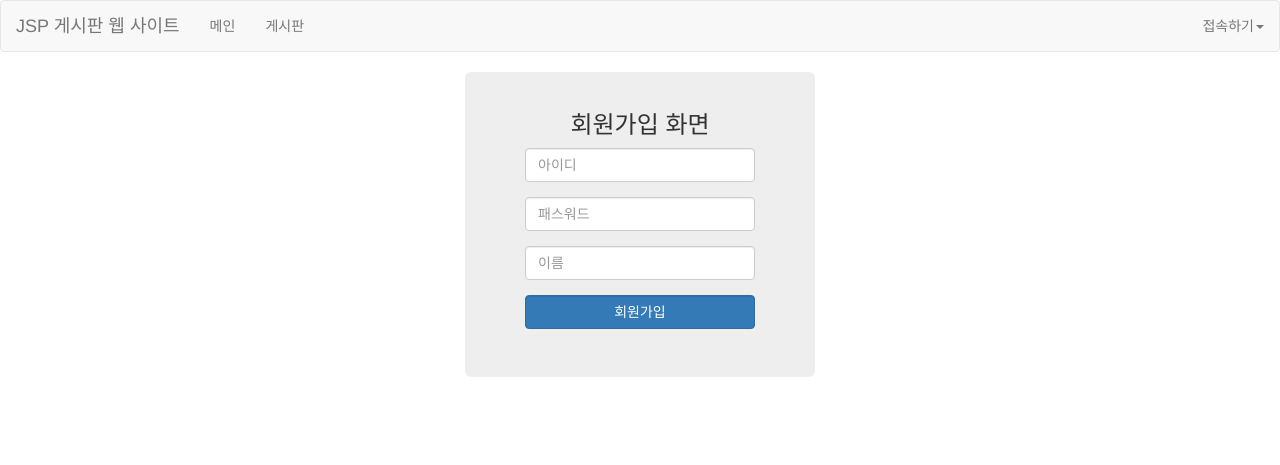
Repository: jsj961/bulletin-board-system
Page: http://localhost/BBS/join.jsp
These files come from the project's save history. The page is drawn as it stood at one moment and after the next save; the edit follows.
The browser window is 1280 px wide. The pictures show the whole page.
Some web libraries are served in a nearby version. The page is served by Tomcat 9. Other server files are loaded and not shown.

Above is the page before, as saved 2021-06-30 09:11:09.

### BBS/src/main/webapp/join.jsp
<%@ page language="java" contentType="text/html; charset=UTF-8"
    pageEncoding="UTF-8"%>
<!DOCTYPE html>
<html>
<head>
<meta charset="UTF-8">
<meta name="viewport" content="width=device-width", initial-scale="1">
<link rel="stylesheet" href="css/bootstrap.css">
<title>JSP 게시판 웹 사이트</title>
</head>
<body>
	<nav class="navbar navbar-default">
		<div class="navbar-header">
			<button type="button" class="navbar-toggle collasped"
				data-toggle="collapse" data-target="#bs-example-navbar-collaspe-1"
				aria-expanded="false">
				<span class="icon-bar"></span>
				<span class="icon-bar"></span>
				<span class="icon-bar"></span>
			</button>
			<a class="navbar-brand" href="main.jsp">JSP 게시판 웹 사이트</a>
		</div>
		<div class="collapse navbar-collapse" id="bs-example-navbar-collapse-1">
			<ul class="nav navbar-nav">
				<li><a href="main.jsp">메인</a></li>
				<li><a href="bbs.jsp">게시판</a></li>
			</ul>
			<ul class="nav navbar-nav navbar-right">
				<li class="dropdown">
					<a href="#" class="dropdown-toggle"
					 	data-toggle="dropdown" role="button" aria-haspopup="true"
					 	aria-expanded="false">접속하기<span class="caret"></span></a>
				 	<ul class="dropdown-menu">
				 		<li class="active"><a href="login.jsp">로그인</a></li>
				 		<li><a href="join.jsp">회원가입</a></li>
				 	</ul>
				</li>
			</ul>
		</div>
	</nav>
	<div class="container">
		<div class="col-lg-4"></div>
		<div class="col-lg-4">
			<div class="jumbotron" style="padding-top: 20px;">
				<form method="post" action="loginAction.jsp">
					<h3 style="text-align: center;">회원가입 화면</h3>
					<div class="form-group">
						<input type="text" class="form-control" placeholder="아이디" name="userID" maxlength="20">
					</div>
					<div class="form-group">
						<input type="password" class="form-control" placeholder="패스워드" name="userPassword" maxlength="20">
					</div>
					<div class="form-group">
						<input type="text" class="form-control" placeholder="이름" name="userName" maxlength="20">
					</div>
					<input type="submit" class="btn btn-primary form-control" value="회원가입">
				</form>
			</div>
		</div>
		<div class="col-lg-4"></div>
	</div>
	<script src="https://ajax.googleapis.com/ajax/libs/jquery/3.2.1/jquery.min.js"></script>
	<script src="js/bootstrap.js"></script>

</body>
</html>

Loaded but not shown: BBS/src/main/webapp/css/bootstrap.css (library); BBS/src/main/webapp/js/bootstrap.js (library)

After the next save:
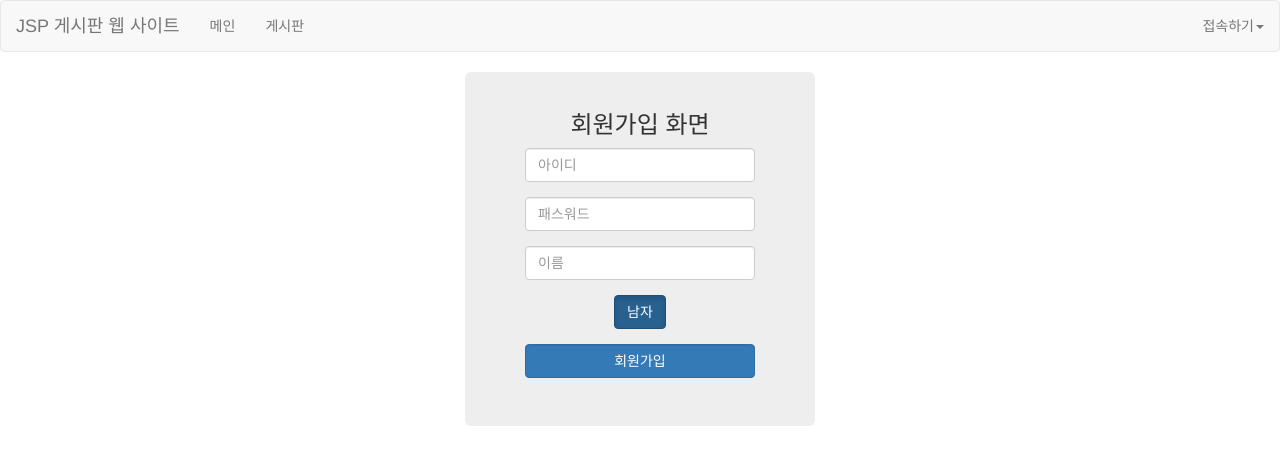
Saved 2 min 38 s later.
--- a/BBS/src/main/webapp/join.jsp
+++ b/BBS/src/main/webapp/join.jsp
@@ -53,6 +53,13 @@
 					<div class="form-group">
 						<input type="text" class="form-control" placeholder="이름" name="userName" maxlength="20">
 					</div>
+					<div class="form-group" style="text-align: center;">
+						<div class="btn-group" data-toggle="buttons">
+							<label class="btn btn-primary active">
+								<input type="radio" name="userGender" autocomplete="off" value="남자" checked>남자
+							</label>
+						</div>
+					</div>
 					<input type="submit" class="btn btn-primary form-control" value="회원가입">
 				</form>
 			</div>
